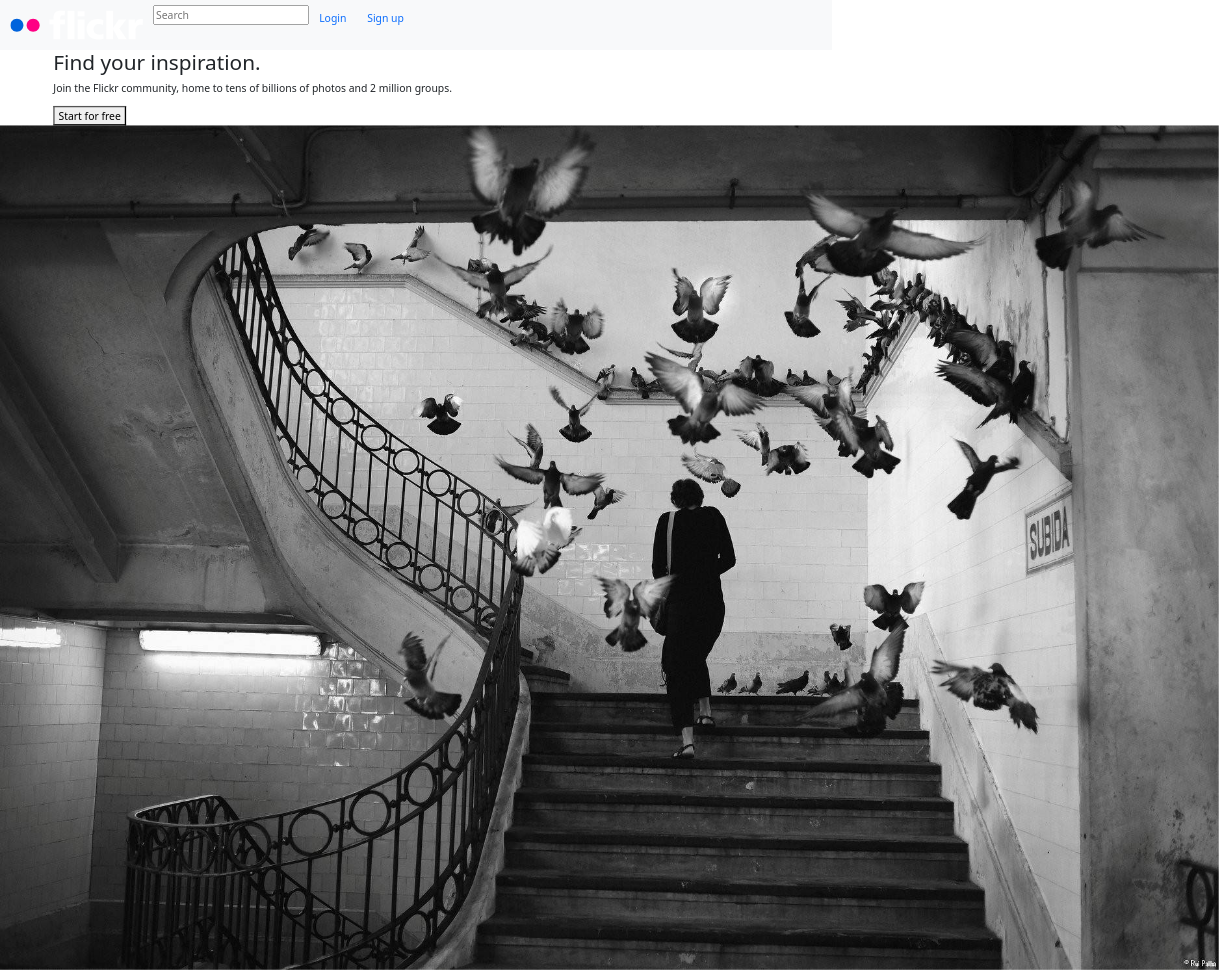
Repository: Alphosmart/LEVEL_1
Page: index.html
These files come from the project's save history. The page is drawn as it stood at one moment and after the next save; the edit follows.
The browser window is 1280 px wide. The page is 1875 px wide, so the pictures cover 1875 px, including what lies to the right of the window. The pictures show the whole page, at 65% of full size.

Above is the page before, as saved 2024-06-03 09:52:41.

After the next save:
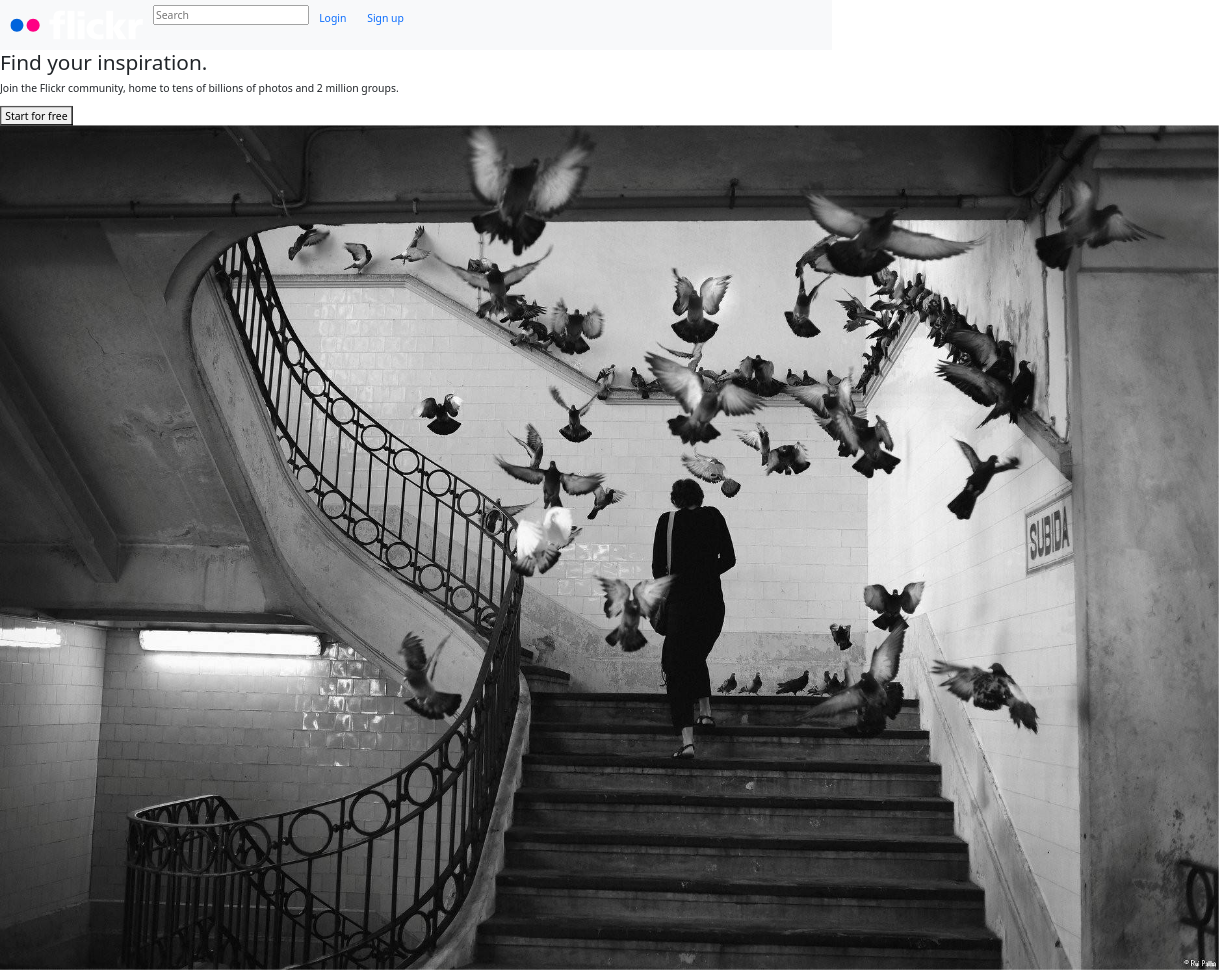
Saved 71 s later.
--- a/index.html
+++ b/index.html
@@ -24,8 +24,8 @@
       </ul>
     </nav>
 
-    <section class="hero">
-      <div class="container">
+    <section>
+      <div>
         <h2>Find your inspiration.</h2>
         <p>
           Join the Flickr community, home to tens of billions of photos and 2
